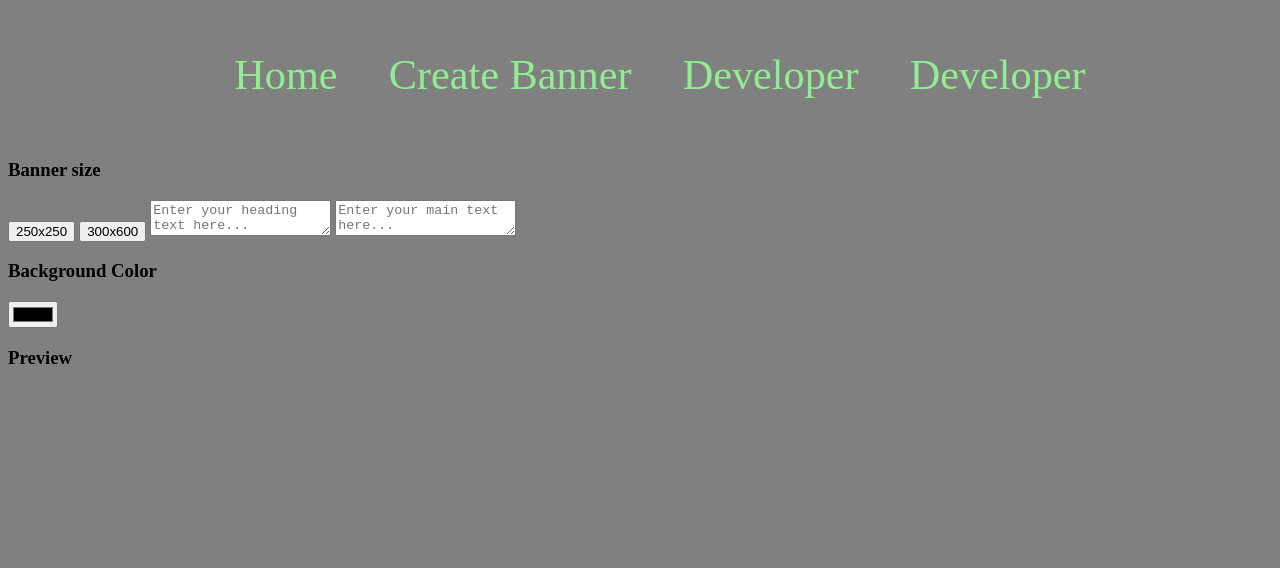
Repository: Yuravolontir/--Baner-Editor--
Page: banner.html
These files come from the project's save history. The page is drawn as it stood at one moment and after the next save; the edit follows.
The browser window is 1280 px wide. The pictures show the whole page.

Above is the page before, as saved 2025-07-15 19:05:49.

After the next save:
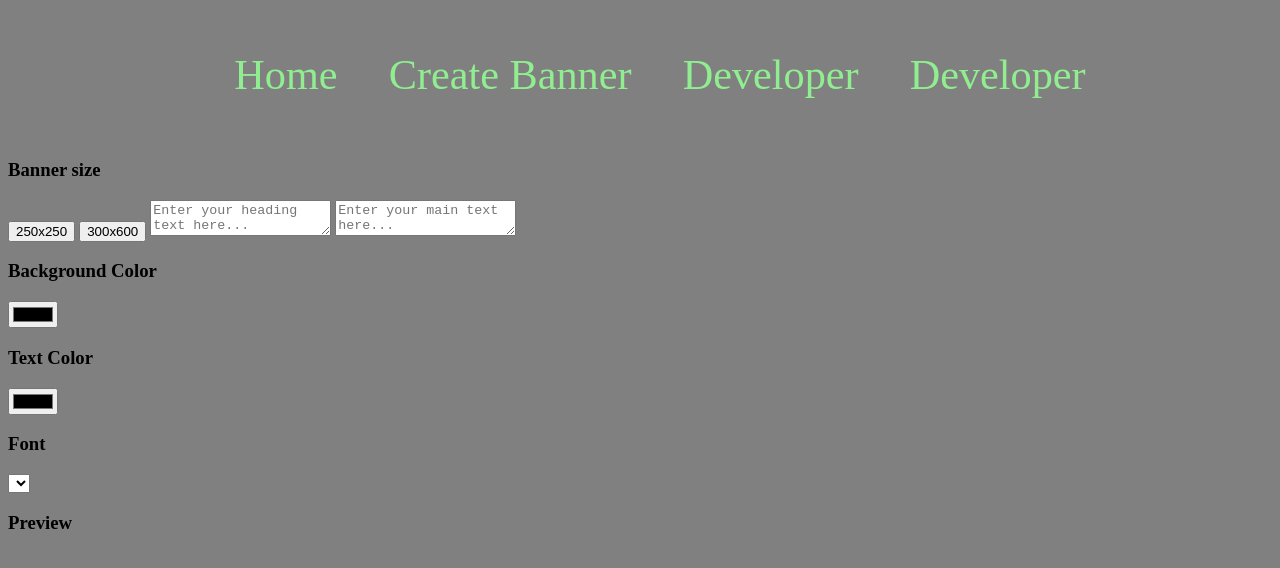
Saved 10 min 11 s later.
--- a/banner.html
+++ b/banner.html
@@ -26,6 +26,10 @@
 <textarea id="bannerText" placeholder="Enter your main text here..."></textarea>
 <h3>Background Color</h3>
 <input type="color" name="favColor">
+<h3>Text Color</h3>
+<input type="color" name="favColor">
+<h3>Font</h3>
+<select id="font"></select>
 </div>
 
 <h3>Preview</h3>
